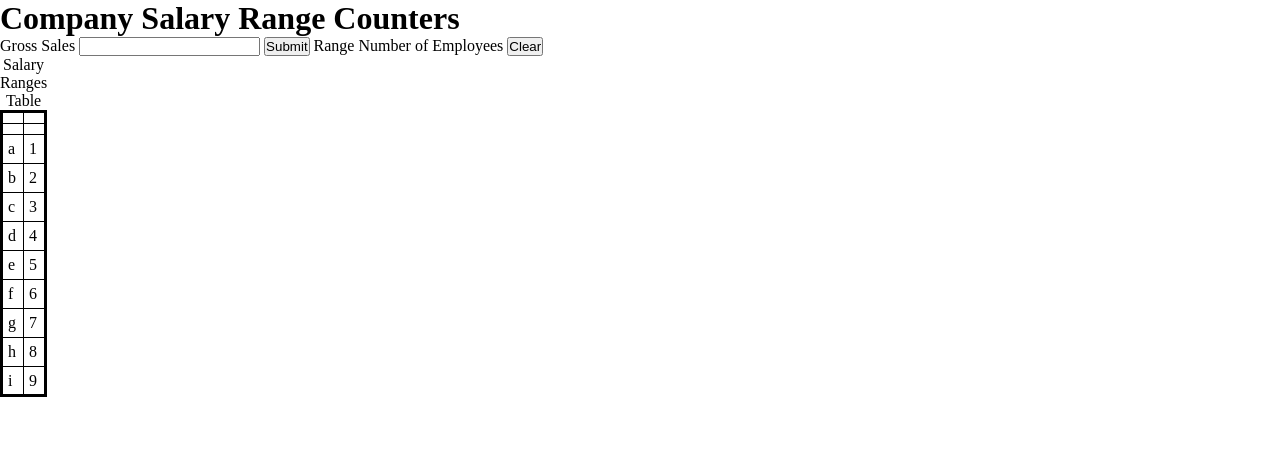
Repository: mlmEFSC21/P17-Sales-Commision
Page: sales.html
The author's editor kept a copy of each file at every save. The page is drawn from the files as they stood at one save, then again after the next save.
The browser window is 1280 px wide. The pictures show the whole page.

Above is the page before, as saved 2022-03-29 15:09:58.

After the next save:
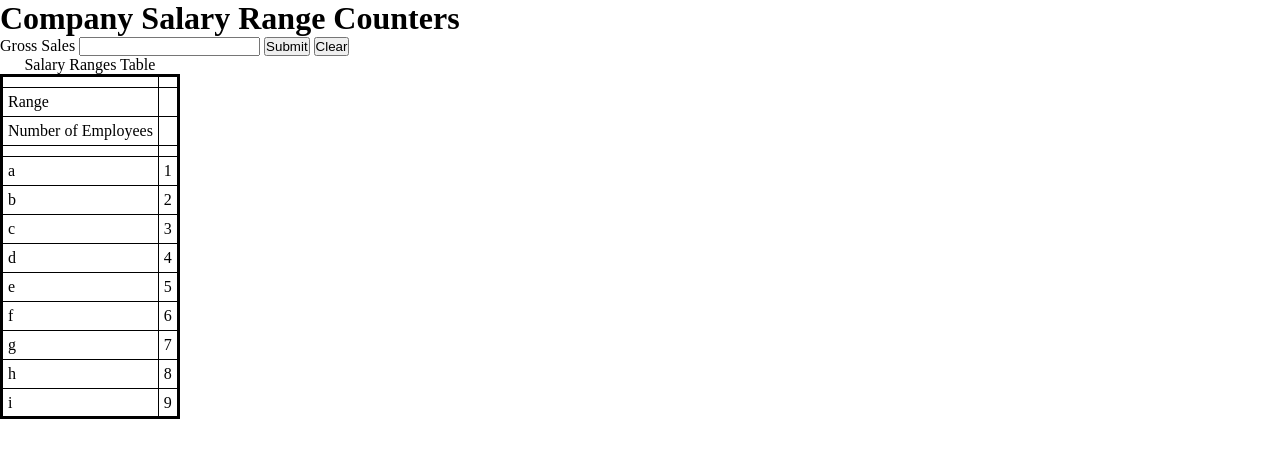
Saved 36 s later.
--- a/sales.html
+++ b/sales.html
@@ -23,10 +23,10 @@
                 <thead>
                     <th>
                         <tr>
-                            Range
+                            <td>Range</td>
                         </tr>
                         <tr>
-                            Number of Employees
+                            <td>Number of Employees</td>
                         </tr>
                     </th>
                     <th></th>
